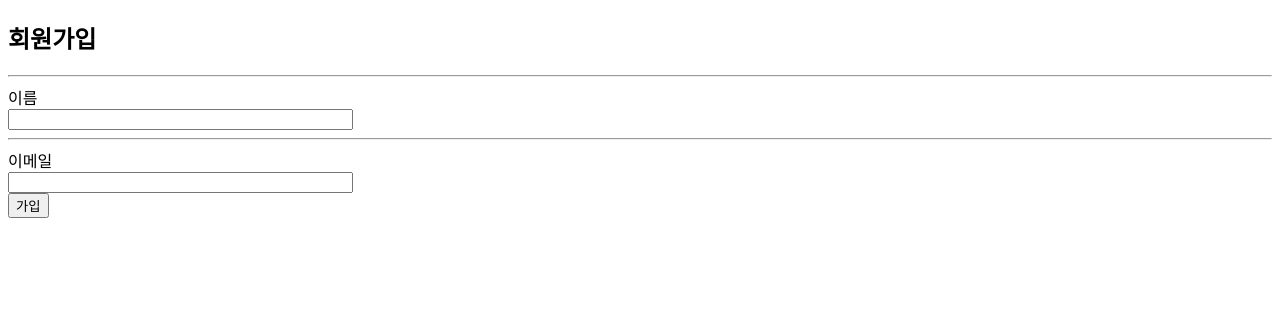
Repository: dngus1683/GameRoom
Page: project1_GameRoom/1~2주차 점검 공부정리/dev/MyWorkspace/jwbook/src/main/webapp/ch03/regform.html
These files come from the project's save history. The page is drawn as it stood at one moment and after the next save; the edit follows.
The browser window is 1280 px wide. The pictures show the whole page.

Above is the page before, as saved 2022-04-19 12:40:22.

### project1_GameRoom/1~2주차 점검 공부정리/dev/MyWorkspace/jwbook/src/main/webapp/ch03/regform.html
<!DOCTYPE html>
<html>
<head>
<meta charset="UTF-8">
<title>회원가입 폼 만들기 예제</title>
</head>
<body>
	<h2>회원가입</h2>
	<hr>	<!--hr 태그는 수평선 그리기 태그-->
	<div id="regform">
	<!-- form 태그는 알게모르게 웹에서 사용을 많이 한다. 사용자 의견이나 정보를 알기 위해 입력할 큰 틀을만드는데 사용. 폼은 입력된 데이터를 한 번에 서버로 전송. 전송한 데이터는 웹 서버가 처리하고,
	 결과에 따른 또 다른 웹 페이지를 보여줌. -->
	 <form name="form1">
	 	<label> <!-- label태그는 사용자 인터페이스(UI)요소의 라벨(label)을 정의할 때 사용. label요소는 for 속성을 사용하여 다른 요소와 결함할 수 있으며, 이때 label 요소의 for 속성값은 결합하고자
	 	하는 요소의 id 속성갑과 같아야 함. 이러한 label 요소는 브라우저에 의해 일반적인 텍스트로 랜더링 되지만, 사용자가 마우스로 해당 텍스트를 클릭할 경우 label 요소와 연겨로딘 요소를 곧바로 선택할 수 있다. -->
	 	이름
	 	</label><br>
	 	<input type="text" name="name" size="40"><br>
	 	<hr>
	 	<label>이메일</label><br>
	 	<input type="text" name="email" size="40"><br>
	 	<button type="button" onclick="signUp()">가입</button>
	 </form>
	</div>

</body>
</html>

After the next save:
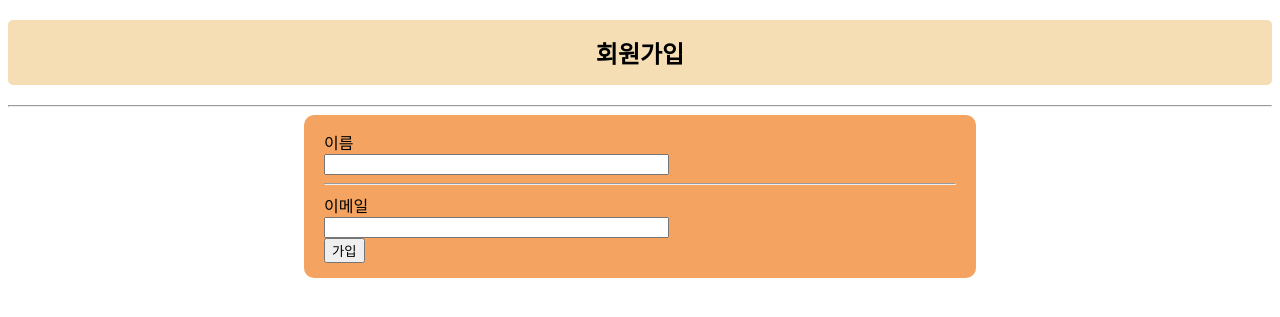
Saved 6 min 55 s later.
--- a/project1_GameRoom/1~2주차 점검 공부정리/dev/MyWorkspace/jwbook/src/main/webapp/ch03/regform.html
+++ b/project1_GameRoom/1~2주차 점검 공부정리/dev/MyWorkspace/jwbook/src/main/webapp/ch03/regform.html
@@ -3,6 +3,21 @@
 <head>
 <meta charset="UTF-8">
 <title>회원가입 폼 만들기 예제</title>
+<style>
+h2 {
+	border-radius: 5px;
+	background-color: wheat;
+	text-align: center;
+	padding: 15px 0; /*padding 뒤에 2개의 속성값을 가지면 top과 bottom, right와 left 순으로 설정*/
+	}
+#regform{
+	padding: 15px 20px;
+	border-radius: 10px;
+	margin: auto; /*auto를 하면 중앙에 배치가 된다*/
+	width: 50%;
+	background-color: SandyBrown;
+	}
+</style>
 </head>
 <body>
 	<h2>회원가입</h2>
